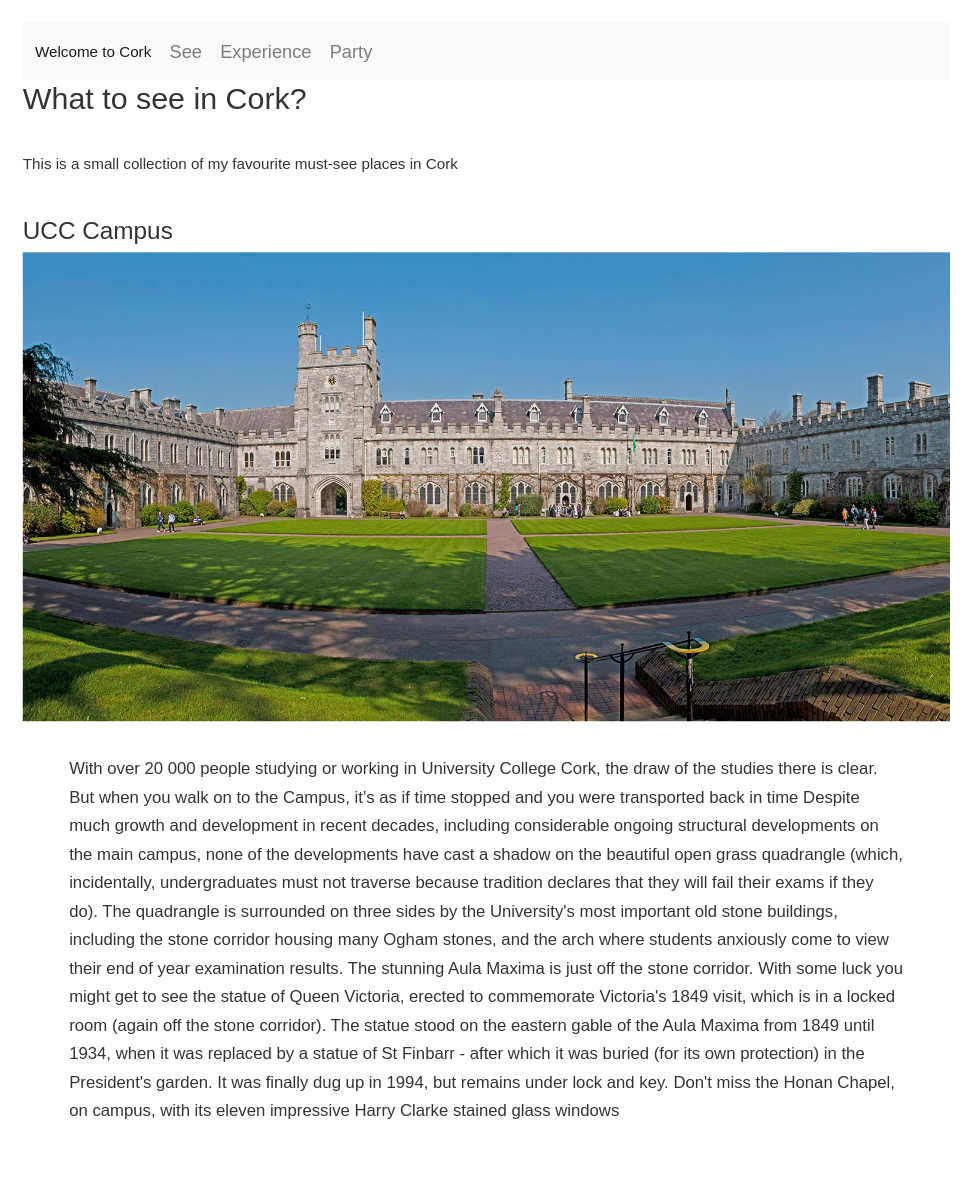
Repository: Maja-Jer/Welcome-to-Cork
Page: see.html
The author's editor kept a record of every edit. The page is drawn from the files as they stood at one moment, then again after the next edit.
The browser window is 1280 px wide. The pictures show the whole page, at 76% of full size.
Some web libraries are served in a nearby version.

Above is the page before.

After the next edit:
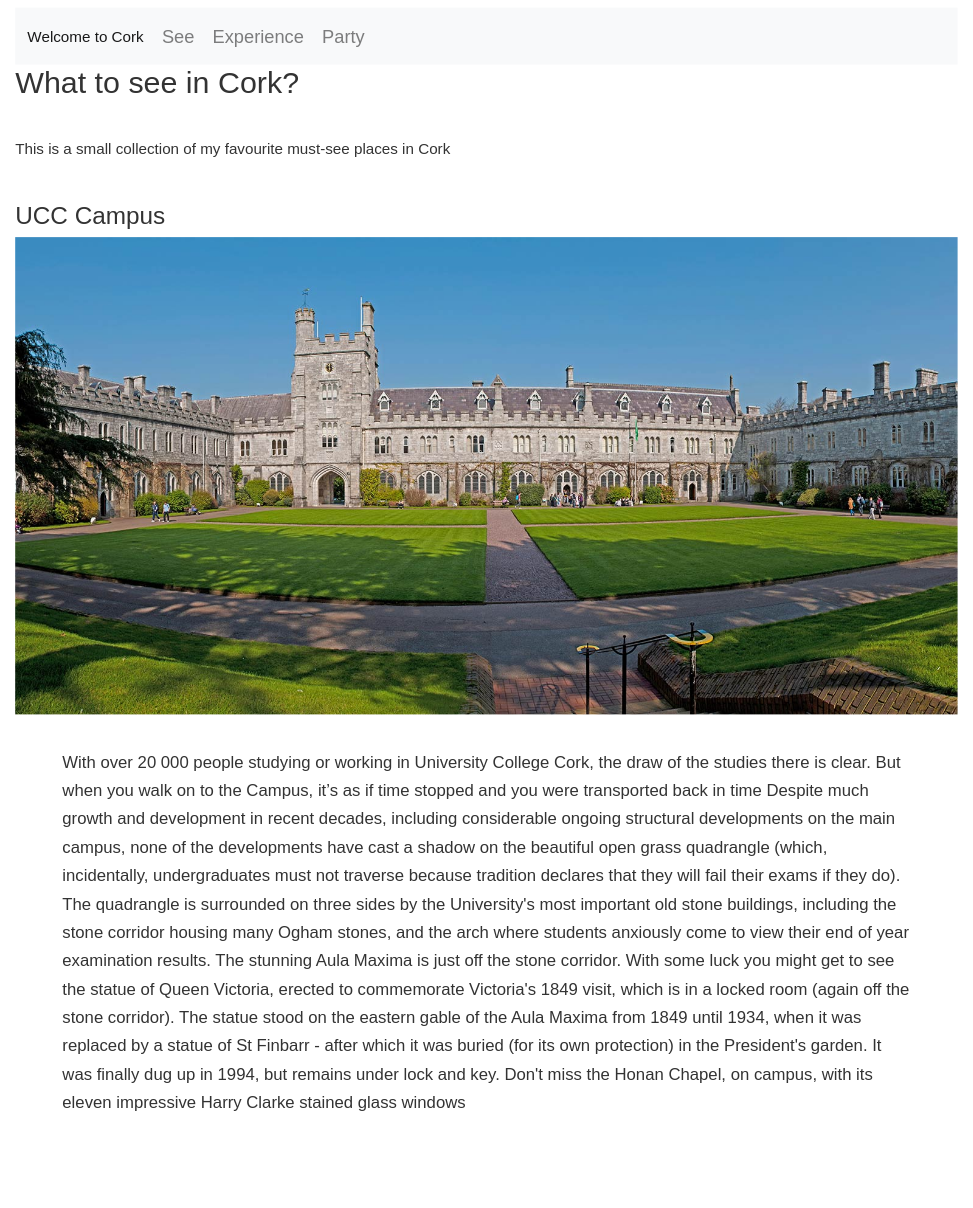
The edit:
--- a/assets/style.css
+++ b/assets/style.css
@@ -9,7 +9,7 @@
   line-height: 1.8;
   color: #333;
   display: block;
-  padding: 30px;
+  padding: 10px 20px 75px 20px;
 
 
 }
